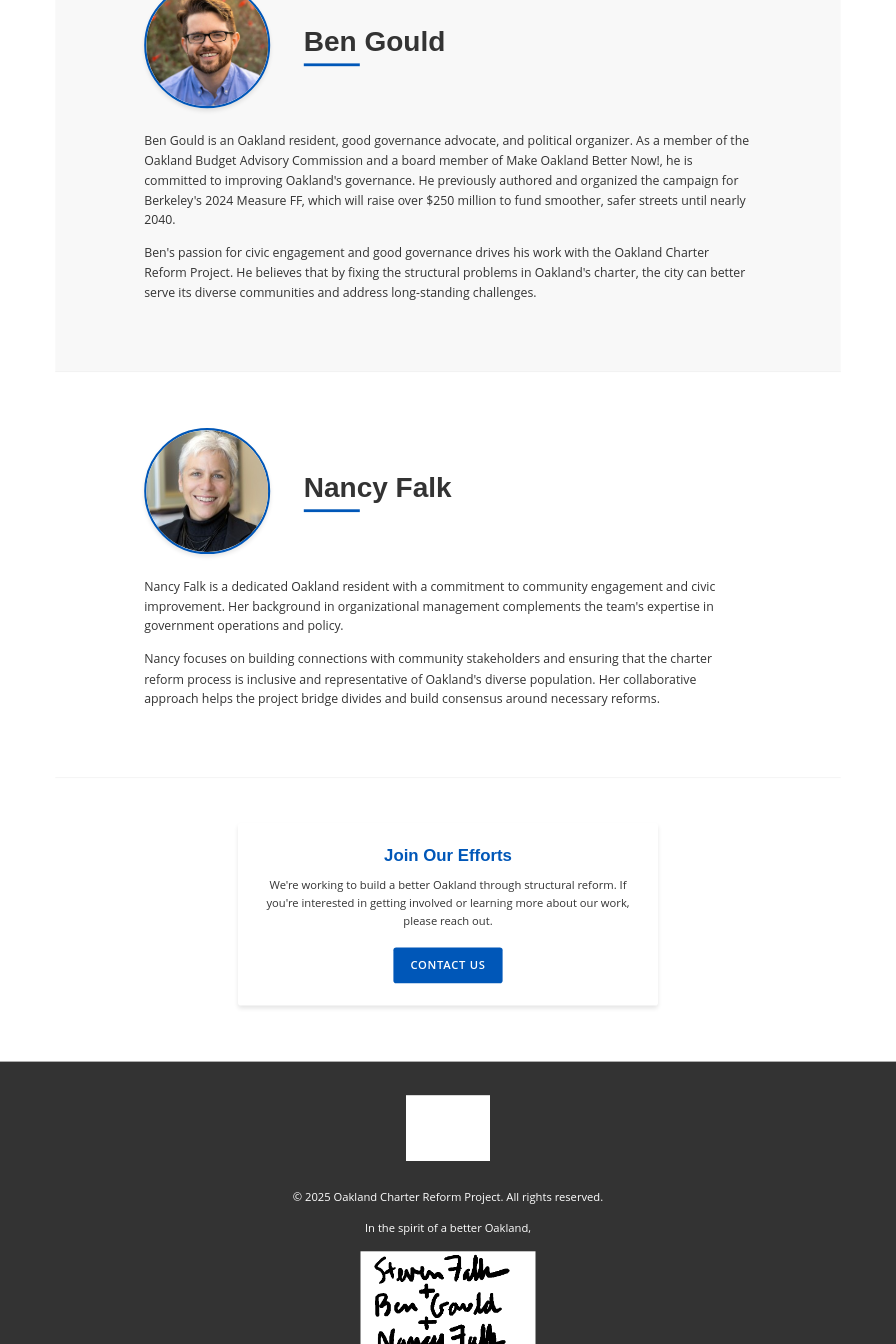
Repository: bgould132/oaklandcharterreform
Page: about.html
An editor plug-in stored every save of this project. The page is shown before and after the next save, followed by the edit.
The browser window is 1280 px wide. The pictures show the part of the page from y = 1132 to 3052 px (the page is 3204 px tall before and 3176 px after), at 70% of full size.

Above is the page before, as saved 2025-04-07 10:32:12.

After the next save:
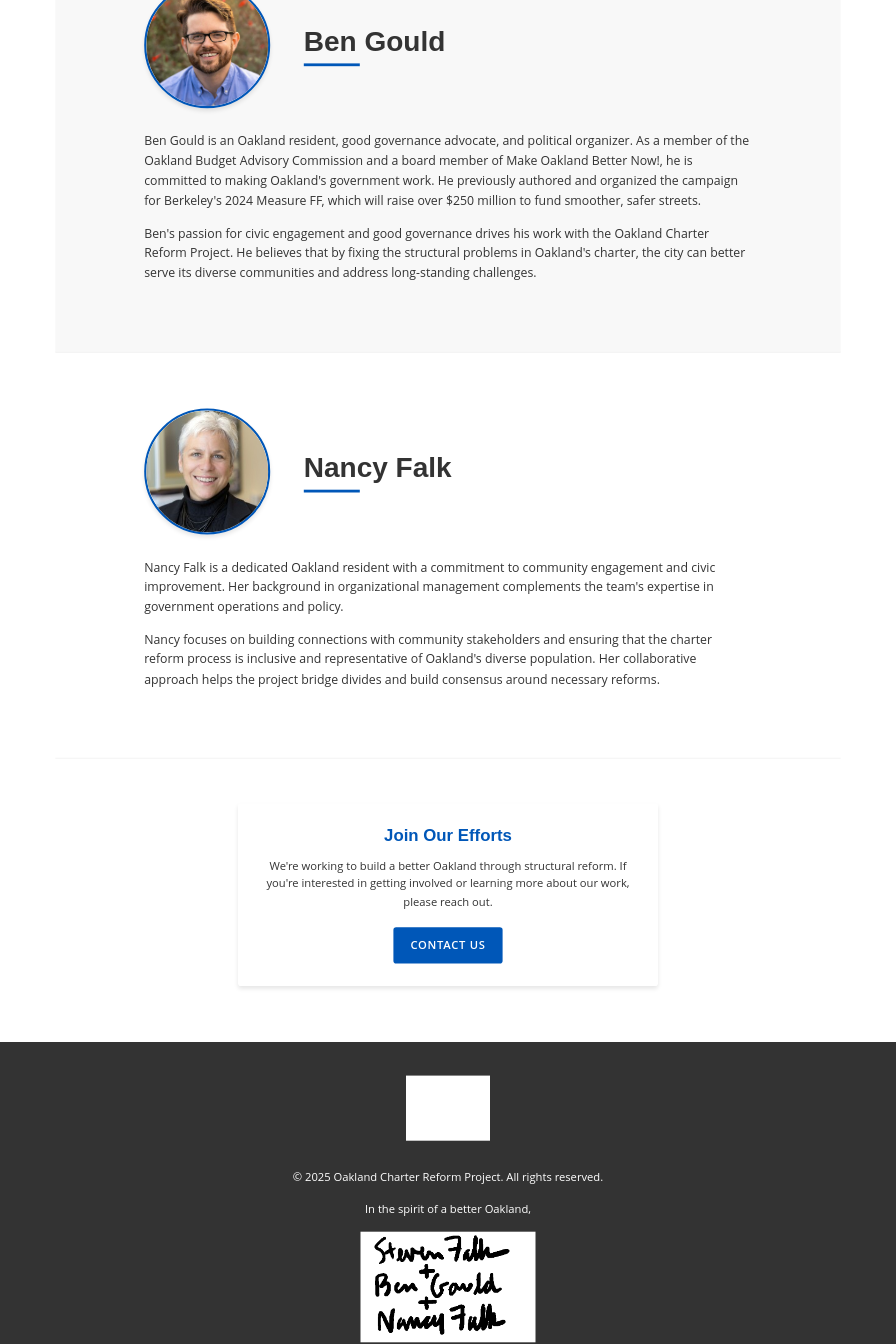
Saved 37 s later.
--- a/about.html
+++ b/about.html
@@ -78,7 +78,7 @@
                             </div>
                         </div>
                         <div class="member-bio">
-                            <p>Ben Gould is an Oakland resident, good governance advocate, and political organizer. As a member of the Oakland Budget Advisory Commission and a board member of Make Oakland Better Now!, he is committed to improving Oakland's governance. He previously authored and organized the campaign for Berkeley's 2024 Measure FF, which will raise over $250 million to fund smoother, safer streets until nearly 2040.</p>
+                            <p>Ben Gould is an Oakland resident, good governance advocate, and political organizer. As a member of the Oakland Budget Advisory Commission and a board member of Make Oakland Better Now!, he is committed to making Oakland's government work. He previously authored and organized the campaign for Berkeley's 2024 Measure FF, which will raise over $250 million to fund smoother, safer streets.</p>
 
                             <p>Ben's passion for civic engagement and good governance drives his work with the Oakland Charter Reform Project. He believes that by fixing the structural problems in Oakland's charter, the city can better serve its diverse communities and address long-standing challenges.</p>
                         </div>
